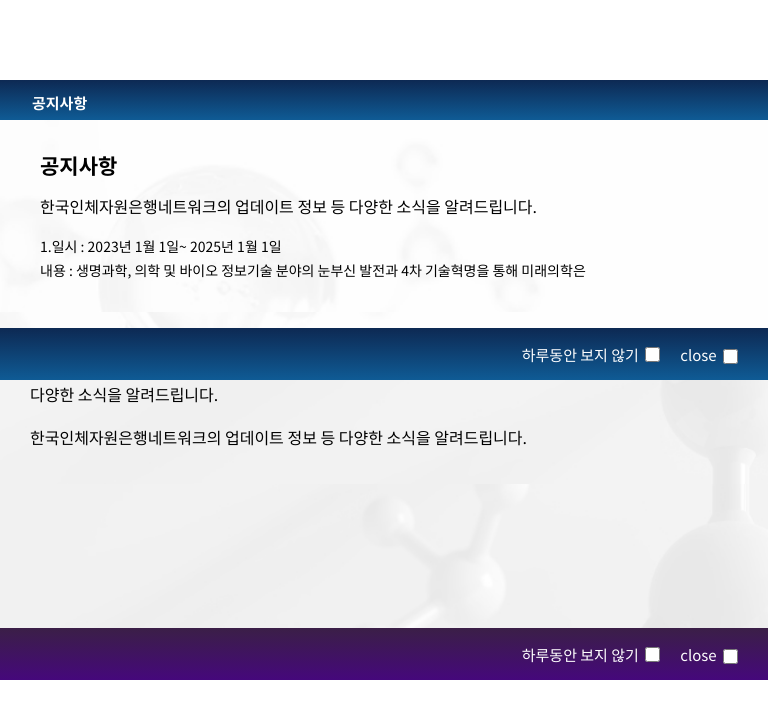
Repository: dlgywls1130/common_popup
Page: index.html
The author's editor kept a copy of each file at every save. The page is drawn from the files as they stood at one save, then again after the next save.
The browser window is 768 px wide. The pictures show the whole page.

Above is the page before, as saved 2023-10-26 01:06:47.

### index.html
<!DOCTYPE html>
<html lang="en">
<head>
    <meta charset="UTF-8">
    <meta name="viewport" content="width=device-width, initial-scale=1.0">
    <title>Document</title>

    <link rel="stylesheet" href="./style.css">
</head>
<body>

    <!-- 첫번째 팝업 -->
    <div class="common_modal blue">
        <div class="common_head ">
            공지사항
        </div>
        <div class="common_body">
            <h2 class="common_body_head">
                한국인체자원은행네트워크 공지사항
            </h2>
            <div class="common_body_span">
                한국인체자원은행네트워크의 업데이트 정보 등
                <br>다양한 소식을 알려드립니다.
            </div>
            <div class="common_body_descript">
                <p>1.일시 : 2023년 1월 1일~ 2025년 1월 1일</p>
                <p>2. 내용 : 생명과학, 의학 및 바이오 정보기술 분야의 눈부신
                발전과 4차 기술혁명을 통해 미래의학은 질병의 예방, 진단,
                예후분석, 치료에 있어서 인류가 상상하지 못했던 꿈을 현실로
                실현할 것으로 예상되고 있습니다.</p>
            </div>
        </div>
        <div class="common_footer">
            <div class="day_off">
                <label for="all-none">하루동안 보지 않기</label>
                <input id="all-none" type="checkbox">
            </div>
            <div class="day_close">
                <label for="closechk">close</label>
                <input id="closechk" type="checkbox">
            </div>
        </div>
    </div>

    <!-- 두번째 팝업 -->
    <div class="common_modal orange">
        <div class="common_head">
            공지사항
        </div>
        <div class="common_body">
            <h2 class="common_body_head">
                한국인체자원은행네트워크 공지사항
            </h2>
            <div class="common_body_span">
                한국인체자원은행네트워크의 업데이트 정보 등
                <br>다양한 소식을 알려드립니다.
            </div>
            <div class="common_body_descript mb-34">
                <p>1.일시 : 2023년 1월 1일~ 2025년 1월 1일</p>
                <p>2. 내용 : 생명과학, 의학 및 바이오 정보기술 분야의 눈부신
                발전과 4차 기술혁명을 통해 미래의학은 질병의 예방, 진단,
                예후분석, 치료에 있어서 인류가 상상하지 못했던 꿈을 현실로
                실현할 것으로 예상되고 있습니다.</p>
            </div>
            <div class="common_body_span">
                한국인체자원은행네트워크의 업데이트 정보 등
                <br>다양한 소식을 알려드립니다.
            </div>
            <div class="common_body_descript">
                <p>1.일시 : 2023년 1월 1일~ 2025년 1월 1일</p>
                <p>2. 내용 : 생명과학, 의학 및 바이오 정보기술 분야의 눈부신
                발전과 4차 기술혁명을 통해 미래의학은 질병의 예방, 진단,
                예후분석, 치료에 있어서 인류가 상상하지 못했던 꿈을 현실로
                실현할 것으로 예상되고 있습니다.</p>
            </div>
        </div>
        <div class="common_footer">
            <div class="day_off">
                <label for="all-none">하루동안 보지 않기</label>
                <input id="all-none" type="checkbox">
            </div>
            <div class="day_close">
                <label for="closechk">close</label>
                <input id="closechk" type="checkbox">
            </div>
        </div>
    </div>

    <!-- 세번째팝업 -->
    <div class="common_modal purple">
        <div class="common_head">
            공지사항
        </div>
        <div class="common_body">
            <h2 class="common_body_head">
                한국인체자원은행네트워크 공지사항
            </h2>
            <div class="common_body_span">
                한국인체자원은행네트워크의 업데이트 정보 등
                <br>다양한 소식을 알려드립니다.
            </div>
            <div class="common_body_descript mb-34">
                <p>1.일시 : 2023년 1월 1일~ 2025년 1월 1일</p>
                <p>2. 내용 : 생명과학, 의학 및 바이오 정보기술 분야의 눈부신
                발전과 4차 기술혁명을 통해 미래의학은 질병의 예방, 진단,
                예후분석, 치료에 있어서 인류가 상상하지 못했던 꿈을 현실로
                실현할 것으로 예상되고 있습니다.</p>
            </div>
            <div class="common_body_span">
                한국인체자원은행네트워크의 업데이트 정보 등
                <br>다양한 소식을 알려드립니다.
            </div>
            <p>한국인체자원은행네트워크의 업데이트 정보 등 다양한 소식을
                알려드립니다.</p>
        </div>
        <div class="common_footer">
            <div class="day_off">
                <label for="all-none">하루동안 보지 않기</label>
                <input id="all-none" type="checkbox">
            </div>
            <div class="day_close">
                <label for="closechk">close</label>
                <input id="closechk" type="checkbox">
            </div>
        </div>
    </div>

    <!-- 네번째 팝업 -->
    <div class="common_modal sky">
        <div class="common_head">
            공지사항
        </div>
        <div class="common_body">
            <h2 class="common_body_head">
                공지사항
            </h2>
            <div class="common_body_span mb-34">
                한국인체자원은행네트워크의 업데이트 정보 등
                다양한 소식을 알려드립니다.
            </div>
            <div class="common_body_descript">
                <p>1.일시 : 2023년 1월 1일~ 2025년 1월 1일</p>
                <p>내용 : 생명과학, 의학 및 바이오 정보기술 분야의
                    눈부신 발전과 4차 기술혁명을 통해 미래의학은</p>
            </div>
        </div>
        <div class="common_footer">
            <div class="day_off">
                <label for="all-none">하루동안 보지 않기</label>
                <input id="all-none" type="checkbox">
            </div>
            <div class="day_close">
                <label for="closechk">close</label>
                <input id="closechk" type="checkbox">
            </div>
        </div>
    </div>
</body>

<script src="main.js"></script>
</html>

### style.css


@import url('https://fonts.googleapis.com/css2?family=Noto+Sans+KR:wght@300;400;500;700&display=swap');

html, body, div, span, applet, object, iframe,
h1, h2, h3, h4, h5, h6, p, blockquote, pre,
a, abbr, acronym, address, big, cite, code,
del, dfn, em, img, ins, kbd, q, s, samp,
small, strike, strong, sub, sup, tt, var,
b, u, i, center,
dl, dt, dd, ol, ul, li,
fieldset, form, label, legend,
table, caption, tbody, tfoot, thead, tr, th, td,
article, aside, canvas, details, embed,
figure, figcaption, footer, header, hgroup,
menu, nav, output, ruby, section, summary,
time, mark, audio, video {
	margin: 0;
	padding: 0;
	border: 0;
	font-size: 100%;
	font: inherit;
	vertical-align: baseline;
}

.mb-34{margin-bottom: 34px;}

/* common modal */

.common_modal{
    font-family: 'Noto Sans KR', sans-serif;
    position: relative;
    display: block;

    position: absolute;
    top: 10%;
}

.common_modal .common_head{
    height: 52px;
    color: #fff;
    width: 100%;
    text-align: left;
    font-size: 20px;
    font-weight: 700;
    padding: 10px 55px;
    box-sizing: border-box;
}

.common_modal.blue {
    width: 600px;
    height: 600px;
    background: url('../img/bg1.jpg')no-repeat;
    background-size: cover;
    left: 10%;
}

.common_modal.orange {
    width: 800px;
    height: 800px;
    background: url('../img/bg2.jpg')no-repeat;
    background-size: cover;
    left: 20%;
}

.common_modal.purple {
    width: 700px;
    height: 700px;
    background: url('../img/bg3.jpg')no-repeat;
    background-size: cover;
    left: 30%;
}

.common_modal.sky {
    width: 500px;
    height: 500px;
    background: url('../img/bg4.jpg')no-repeat;
    background-size: cover;
    left: 50%;
}

.common_modal.blue .common_body{
    background: url('../img/bg1.jpg')no-repeat;
    background-size: cover;
    width: 100%;
    padding: 35px 50px;
    box-sizing: border-box;
}

.common_modal.orange .common_body{
    background: url('../img/bg2.jpg')no-repeat;
    background-size: cover;
    width: 100%;
    padding: 35px 50px;
    box-sizing: border-box;
}

.common_modal.purple .common_body{
    background: url('../img/bg3.jpg')no-repeat;
    background-size: cover;
    width: 100%;
    padding: 35px 50px;
    box-sizing: border-box;
}

.common_modal.sky .common_body{
    background: url('../img/bg4.jpg')no-repeat;
    background-size: cover;
    width: 100%;
    padding: 30px 40px;
    box-sizing: border-box;
}

.common_footer{
    position: absolute;
    bottom: 0;
    left: 0;
    width: 100%;
    height: 52px;
    display: flex;
    align-items: center;
    justify-content: flex-end;
    padding: 20px 30px;
    box-sizing: border-box;
}

.common_footer .day_off label,
.common_footer .day_close label{
    color: #fff;
    font-size: 15px;
    font-weight: 300;
    margin-right: 0.4rem;

}
.day_close input{
    margin-top: 0.3rem!important;
}
.common_footer .day_off{
    margin-right: 20px;
    display: flex;
    align-items: center;
}

.common_footer .day_close {
    display: flex;
    align-items: center;
}

.common_footer input[type="checkbox" i] {
    width: 15px;
    height: 15px;
    background-color: #fff;
    border: none;
    margin: 0;
}

.common_modal.blue .common_head,
.common_modal.blue .common_footer
{
    background: linear-gradient(180deg, rgba(13,41,83,1) 0%, rgba(22,37,128,1) 100%);
}

.common_modal.orange .common_head,
.common_modal.orange .common_footer
{
    background: linear-gradient(180deg, rgba(221,85,25,1) 0%, rgba(230,155,24,1) 100%);
}

.common_modal.purple .common_head,
.common_modal.purple .common_footer
{
    background: linear-gradient(180deg, rgba(59,31,71,1) 0%, rgba(69,8,123,1) 100%);
}

.common_modal.sky .common_head,
.common_modal.sky .common_footer
{
    background: linear-gradient(180deg, rgba(13,41,83,1) 0%, rgba(15,91,149,1) 100%);
}


.common_body_head{
    font-size: 30px;
    font-weight: 700;
    margin-bottom: 18px;
}

.common_body_span{
    font-size: 23px;
    font-weight: 500;
    margin-bottom: 18px;
    line-height: 34px;
}

.common_body_descript p{
    font-size: 20px;
    line-height: 35px;
    font-weight: 300;
}

@media screen and (max-width:768px) {
    .common_modal.blue {
        width: 100%;
        height: 500px;
        left: 0;
    }

    .common_modal.orange {
        width: 100%;
        height: 600px;
        left: 0;
    }

    .common_modal.purple {
        width: 100%;
        height: 600px;
        left: 0;
    }

    .common_modal.sky {
        width: 100%;
        height: 300px;
        left: 0;
    }

    .common_body_head {
        font-size: 21px;
        margin-bottom: 13px;
    }

    .common_body_span {
        font-size: 16px;
        line-height: 26px;
    }

    .common_body_descript p {
        font-size: 14px;
        line-height: 24px;
        font-weight: 300;
    }

    .common_modal .common_head {
        height: 40px;
        padding: 12px 32px;
        box-sizing: border-box;
        font-size: 15px;
    }

    .common_modal.purple .common_body{
        padding: 35px 30px;
    }

    .mb-34{
        margin-bottom: 15px;
    }

    .common_modal.orange .common_body{
        padding: 35px 30px;
    }
}

### main.js
// 팝업 닫기 기능
document.querySelectorAll('.day_close input').forEach((closeBtn, index) => {
    closeBtn.addEventListener('change', function() {
        if (this.checked) {
            this.closest('.common_modal').style.display = 'none';
            this.checked = false; // 체크를 해제합니다.
            sessionStorage.removeItem('hideModal' + index); // 해당 팝업의 세션스토리지 정보를 삭제합니다.
        }
    });
});

// 쿠키 설정 함수
function setCookie(name, value, hours) {
    let date = new Date();
    date.setTime(date.getTime() + (hours*60*60*1000));
    let expires = "expires="+date.toUTCString();
    document.cookie = name + "=" + value + ";" + expires + ";path=/";
}

// 쿠키 가져오기 함수
function getCookie(name) {
    let cookieArray = document.cookie.split(';');
    for(let i = 0; i < cookieArray.length; i++) {
        let cookie = cookieArray[i].trim();
        if (cookie.indexOf(name) == 0) {
            return cookie.substring(name.length + 1, cookie.length);
        }
    }
    return "";
}

document.querySelectorAll('.day_off input').forEach((dayOffBtn, index) => {
    dayOffBtn.addEventListener('change', function() {
        if (this.checked) {
            setCookie('hideModal' + index, 'true', 24); // 24시간 동안 쿠키 설정
            this.closest('.common_modal').style.display = 'none';
        }
    });

    if (getCookie('hideModal' + index) === 'true') {
        dayOffBtn.closest('.common_modal').style.display = 'none';
    } else {
        dayOffBtn.closest('.common_modal').style.display = 'block';
    }
});



let isDragging = false;
let currentDragElement = null;
let offsetX, offsetY;

// 마우스 클릭 이벤트 핸들러
document.querySelectorAll(".common_head").forEach((head) => {
  head.addEventListener("mousedown", (e) => {
    isDragging = true;
    currentDragElement = e.target.closest(".common_modal");
    offsetX = e.clientX - currentDragElement.getBoundingClientRect().left;
    offsetY = e.clientY - currentDragElement.getBoundingClientRect().top;
  });
});

// 마우스 이동 이벤트 핸들러
document.addEventListener("mousemove", (e) => {
  if (!isDragging) return;
  const x = e.clientX - offsetX;
  const y = e.clientY - offsetY;
  currentDragElement.style.left = x + "px";
  currentDragElement.style.top = y + "px";
});

// 마우스 클릭 해제 이벤트 핸들러
document.addEventListener("mouseup", () => {
  isDragging = false;
  currentDragElement = null;
});

After the next save:
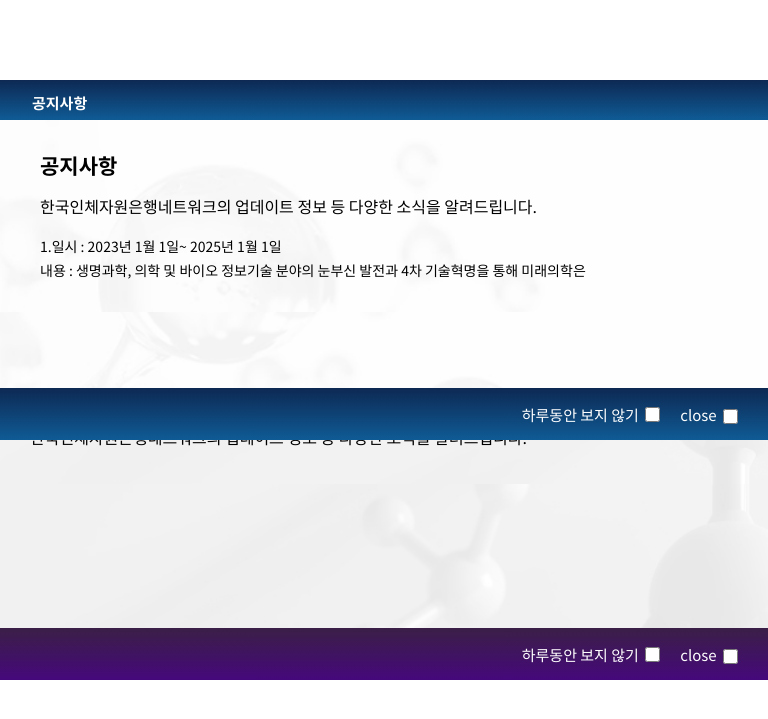
Saved 23 s later.
--- a/style.css
+++ b/style.css
@@ -219,7 +219,7 @@ time, mark, audio, video {
 
     .common_modal.sky {
         width: 100%;
-        height: 300px;
+        height: 360px;
         left: 0;
     }
 
